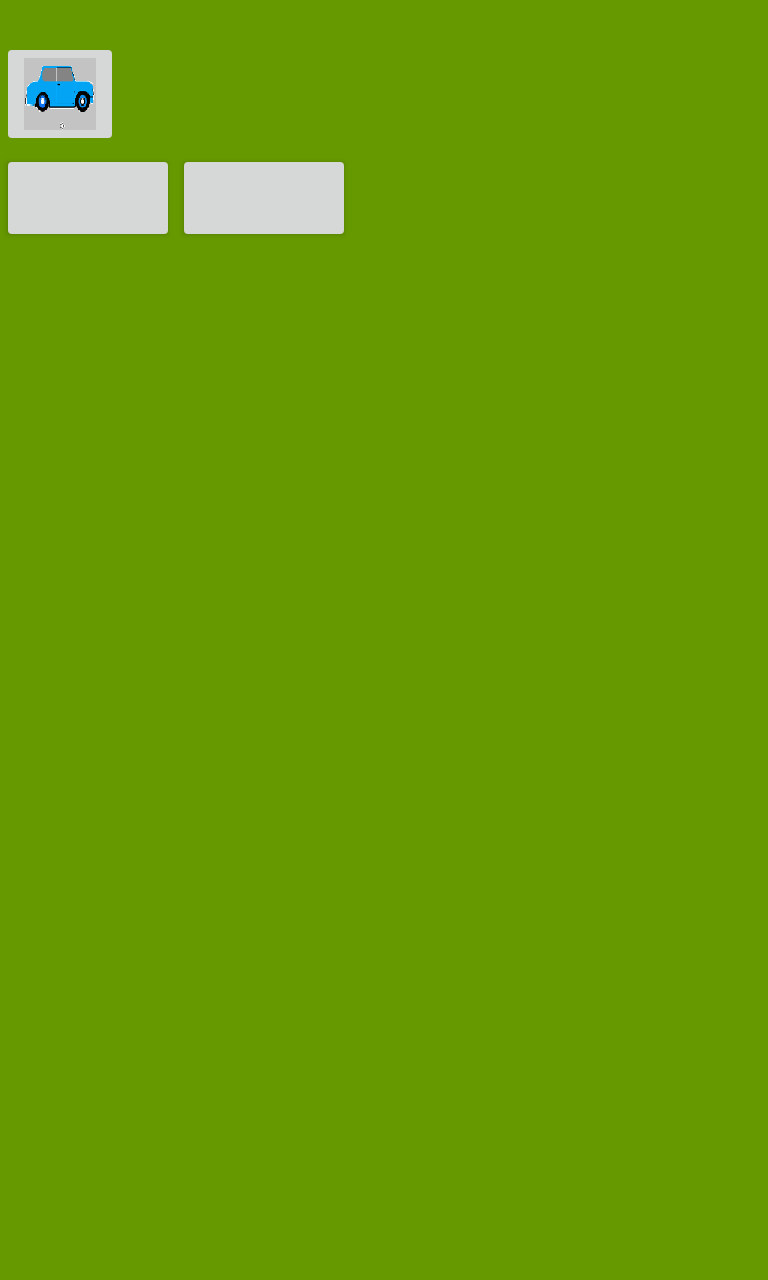
Repository: bwoldemi/LilyTrans
Layout: TransLily/res/layout/list_user_books.xml
The author's editor kept a copy of each file at every save. The layout is drawn from the files as they stood at one save, then again after the next save.
It is drawn on a 768 x 1280 px phone screen (xhdpi) without system bars, with theme AppTheme; the app's code is not run.

Above is the layout before, as saved 2014-10-25 12:23:07.

### TransLily/res/layout/list_user_books.xml
<?xml version="1.0" encoding="utf-8"?>
<LinearLayout xmlns:android="http://schemas.android.com/apk/res/android"
    android:layout_width="match_parent"
    android:layout_height="match_parent"
    android:background="@color/background"
    android:orientation="vertical" >

    <TextView
        android:id="@+id/tv_name_rserved_post_rides"
        android:layout_width="fill_parent"
        android:layout_height="wrap_content"
        android:textColor="@color/text_color" />

    <LinearLayout
        android:layout_width="fill_parent"
        android:layout_height="wrap_content"
        android:gravity="left"
        android:orientation="horizontal" >

        <ImageButton
            android:id="@+id/callImageButton_user"
            android:layout_width="wrap_content"
            android:layout_height="wrap_content"
            android:onClick="callNumberCustomer"
            android:src="@drawable/ic_launcher" />

        <TextView
            android:id="@+id/tv_phonenuber_rserved_post_rides"
            android:layout_width="wrap_content"
            android:layout_height="wrap_content"
            android:textColor="@color/text_color" />
    </LinearLayout>

    <LinearLayout
        android:layout_width="fill_parent"
        android:layout_height="wrap_content"
        android:orientation="horizontal" >

        <Button
            android:id="@+id/button_approve_rserved_post_rides"
            android:layout_width="wrap_content"
            android:layout_height="wrap_content"
            android:onClick="approveRequest"
            android:textColor="@color/text_color" />

        <Button
            android:id="@+id/button_cancel_rserved_post_rides"
            android:layout_width="wrap_content"
            android:layout_height="wrap_content"
            android:onClick="cancelRequest"
            android:textColor="@color/text_color" />
    </LinearLayout>

</LinearLayout>

### TransLily/res/values/strings.xml
<?xml version="1.0" encoding="utf-8"?>
<resources>

    <string name="app_name">TransLily</string>
    <string name="hello_world">Hello world!</string>
    <string name="action_settings">Settings</string>
    <string name="lily">LILY Transportation </string>
    <string name="from">From: </string>
    <string name="starting_location">Enter starting point</string>
    <string name="destination_point">To: </string>
    <string name="ending_location">Enter your destination</string>
    <string name="senior_name"> Name: </string>
    <string name="typein_name"> Enter your full name here</string>
    <string name="contact_info"> Phone Number: </string>
    <string name="phone_number"> e.g 0458749818 </string>
    <string name="button_askride"> Search rides</string>
    <string name="button_offerride"> Offer ride</string>
    <string name="pick_time"> Pick time </string>
    <string name="pick_date"> Pick date </string>
    <string name="title_activity_ask_ride">AskRideActivity</string>
    <string name="title_activity_booked_ride">BookedRideActivity</string>
    <string name="show_my_booked_rides">Show my booked rides</string>
    <string name="title_activity_post_ride">PostRideActivity</string>
    <string name="search_ride">Search ride </string>
    <string name="post_ride">Post ride </string>
    <string name="My_request_rides">My request rides </string>
    <string name="My_Post_rides">My post rides</string>
    <string name="welcome_message">Welcome To Lily Transport </string>
    <string name="service_provider">Service provider </string>
    <string name="taxi_id">Taxi id/ Name</string>
    <string name="starting_point">Starting point</string>
    <string name="destination"> Destination </string>
    <string name="date"> Date </string>
    <string name="number_of_person">Number of Person</string>
    <string name="comment">Comment </string>
    <string name="title_activity_my_post_rides">MyPostRides</string>
    <string name="title_activity_reserved_post_rides">ReservedPostRides</string>
    <string name="cancel">Cancel</string>
    <string name="approve">Approve</string>
    <string name="save">Save</string>
    <string name="please_enter_name_phone"> Please eneter your name and phonenumber</string>
    <string name="full_name">Full Name</string>
    <string name="com.lily.pre">com.lily.pre</string>
    <string name="save_changes">Save Changes</string>
    <string name="change_your_data">Change your data</string>

    <color name="text_color">#FFF</color>
    <color name="background">#669900</color>

    <string name="title_activity_basic_info">BasicInfoActivity</string>
    <string name="title_activity_setting">Setting</string>

</resources>

Loaded but not shown: TransLily/res/values/styles.xml (common file); TransLily/res/values-v11/styles.xml (common file); TransLily/res/values-v14/styles.xml (common file)

After the next save:
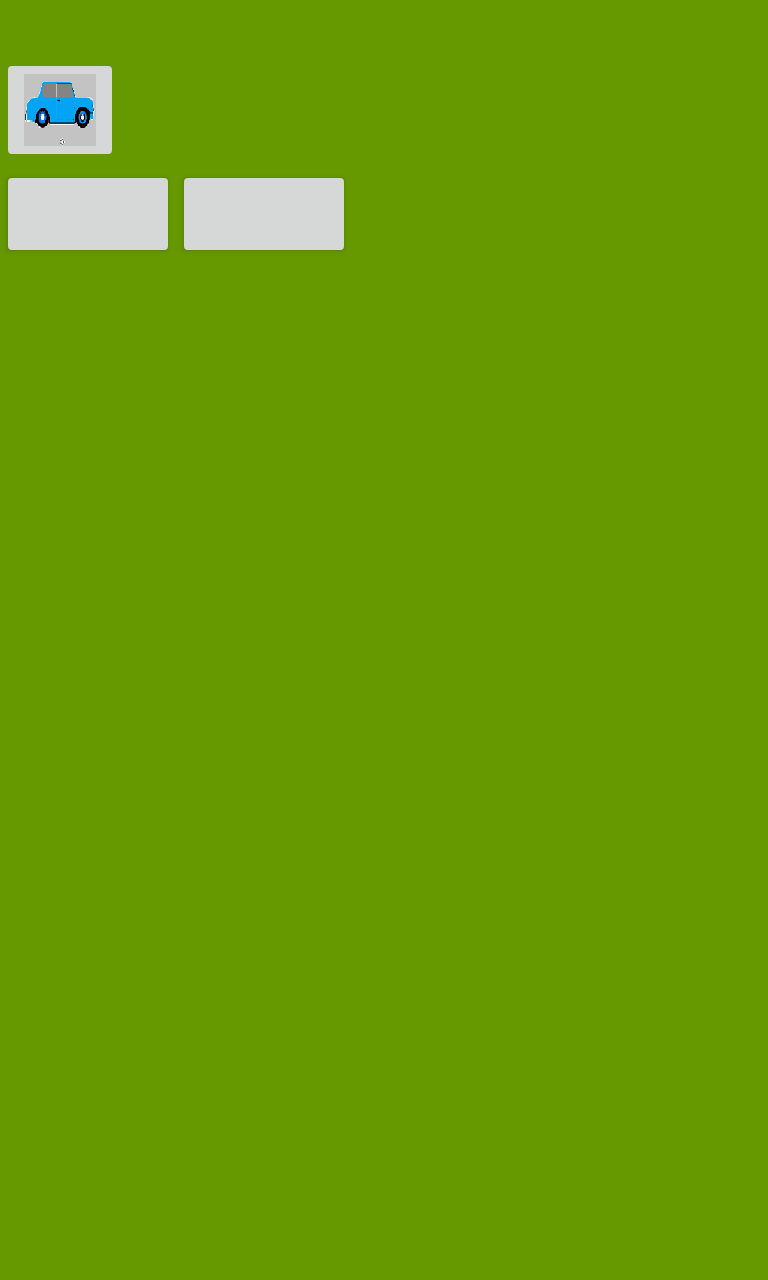
Saved 18 min 7 s later.
--- a/TransLily/res/layout/list_user_books.xml
+++ b/TransLily/res/layout/list_user_books.xml
@@ -9,6 +9,7 @@
         android:id="@+id/tv_name_rserved_post_rides"
         android:layout_width="fill_parent"
         android:layout_height="wrap_content"
+        android:textSize="20sp"
         android:textColor="@color/text_color" />
 
     <LinearLayout
